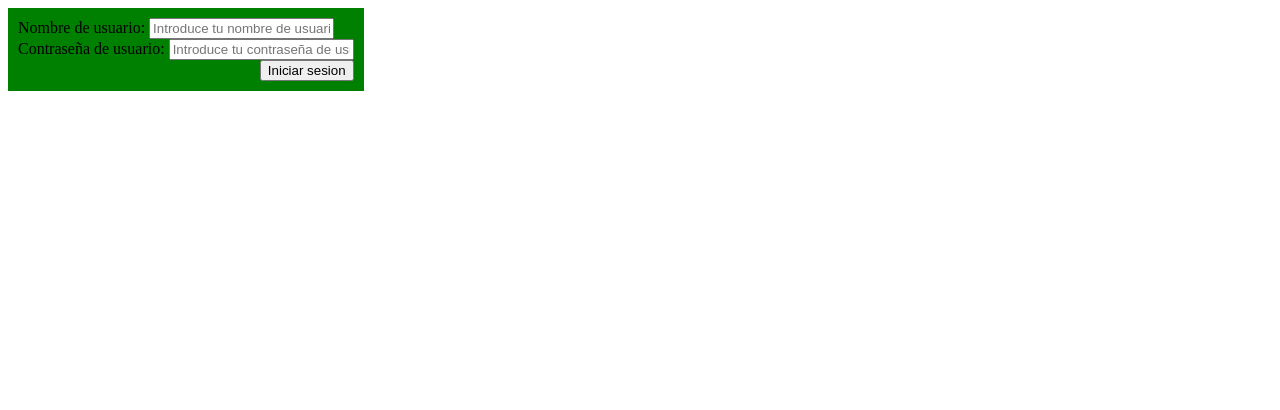
Repository: angegon/Developing-Applications-for-the-Java-EE-Platform
Page: javaee/08_ejemplo_fordward_login/WebContent/login.html
These files come from the project's save history. The page is drawn as it stood at one moment and after the next save; the edit follows.
The browser window is 1280 px wide. The pictures show the whole page.

Above is the page before, as saved 2016-12-21 15:56:51.

### javaee/08_ejemplo_fordward_login/WebContent/login.html
<!DOCTYPE html>
<html>
<head>
<meta charset="ISO-8859-1">
<title>Insert title here</title>
</head>
<body>

<form action="comprobarPassword" method="post">
<div style="float:left; background-color: green; padding: 10px 10px 10px 10px">
	Nombre de usuario: <input type="text" name="usuario" placeholder="Introduce tu nombre de usuario"/>
	</br>
	Contraseña de usuario: <input type="password" name="password" placeholder="Introduce tu contraseña de usuario"/>
	</br>
	<div style="float:right">
	<input type="submit" value="Iniciar sesion"/>
	</div>
</div>

</form>
</body>
</html>

After the next save:
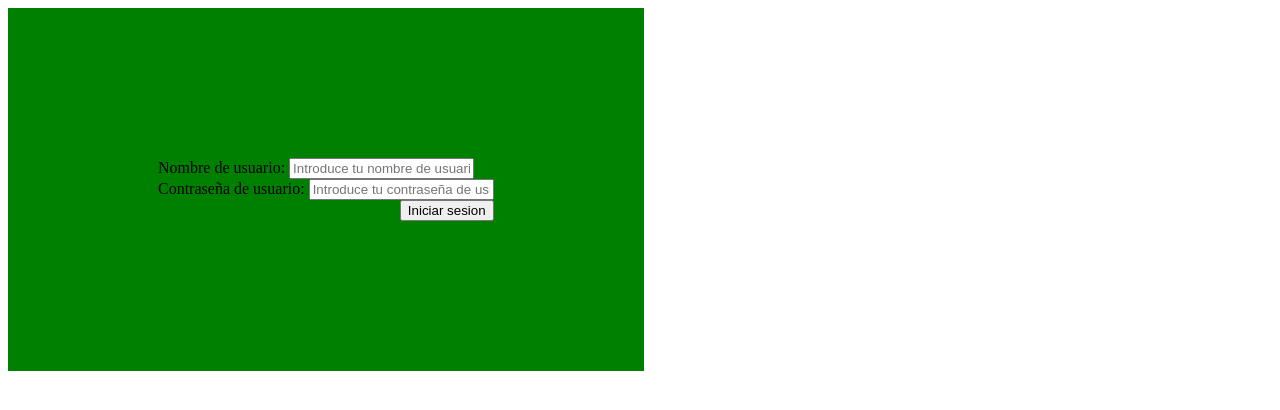
Saved 23 s later.
--- a/javaee/08_ejemplo_fordward_login/WebContent/login.html
+++ b/javaee/08_ejemplo_fordward_login/WebContent/login.html
@@ -7,7 +7,7 @@
 <body>
 
 <form action="comprobarPassword" method="post">
-<div style="float:left; background-color: green; padding: 10px 10px 10px 10px">
+<div style="float:left; background-color: green; padding: 150px 150px 150px 150px">
 	Nombre de usuario: <input type="text" name="usuario" placeholder="Introduce tu nombre de usuario"/>
 	</br>
 	Contraseña de usuario: <input type="password" name="password" placeholder="Introduce tu contraseña de usuario"/>
